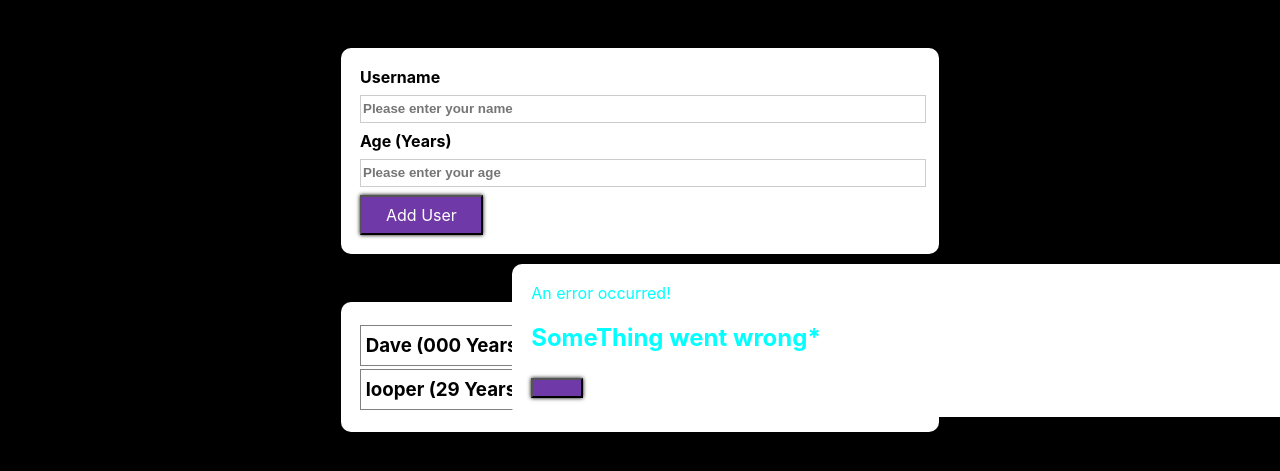
Repository: NamalPathirana/section-eight
Page: /
These files come from the project's save history. The page is drawn as it stood at one moment and after the next save; the edit follows.
The browser window is 1280 px wide. The pictures show the whole page.
The project was rebuilt for these pictures with package versions that can differ from the ones it lists, and the page was loaded fresh each time. Also part of the build but not shown: src/App.module.css.

Above is the page before, as saved 2021-12-04 14:08:52.

After the next save:
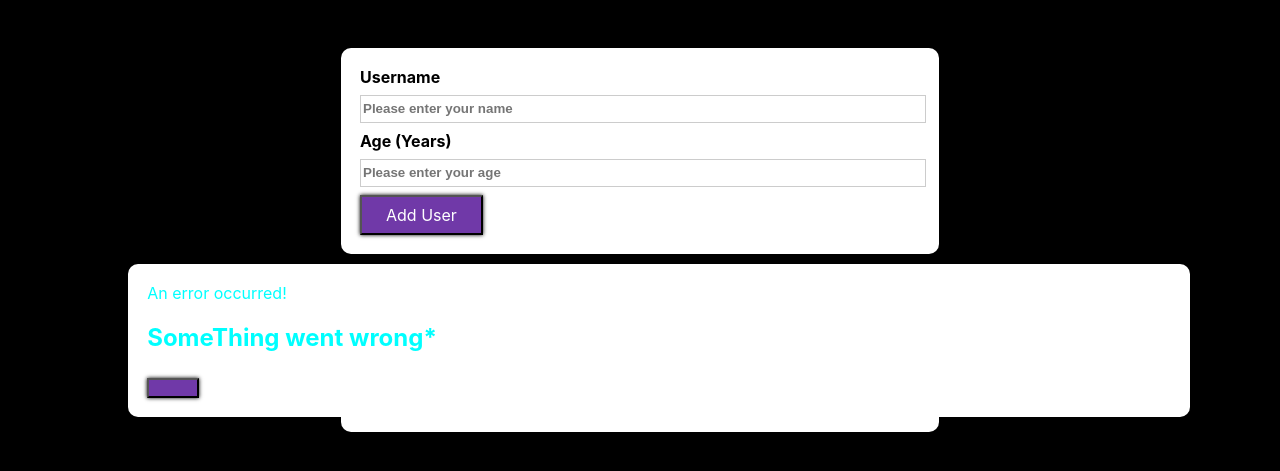
Saved 29 s later.
--- a/src/UI/ErrorModal/ErrorModal.module.css
+++ b/src/UI/ErrorModal/ErrorModal.module.css
@@ -1,7 +1,7 @@
 .modal{
     position: fixed;
     top:30vh;
-    left: 40%;
+    left: 10%;
     width: 80%;
     z-index: 100;
     color: aqua;
